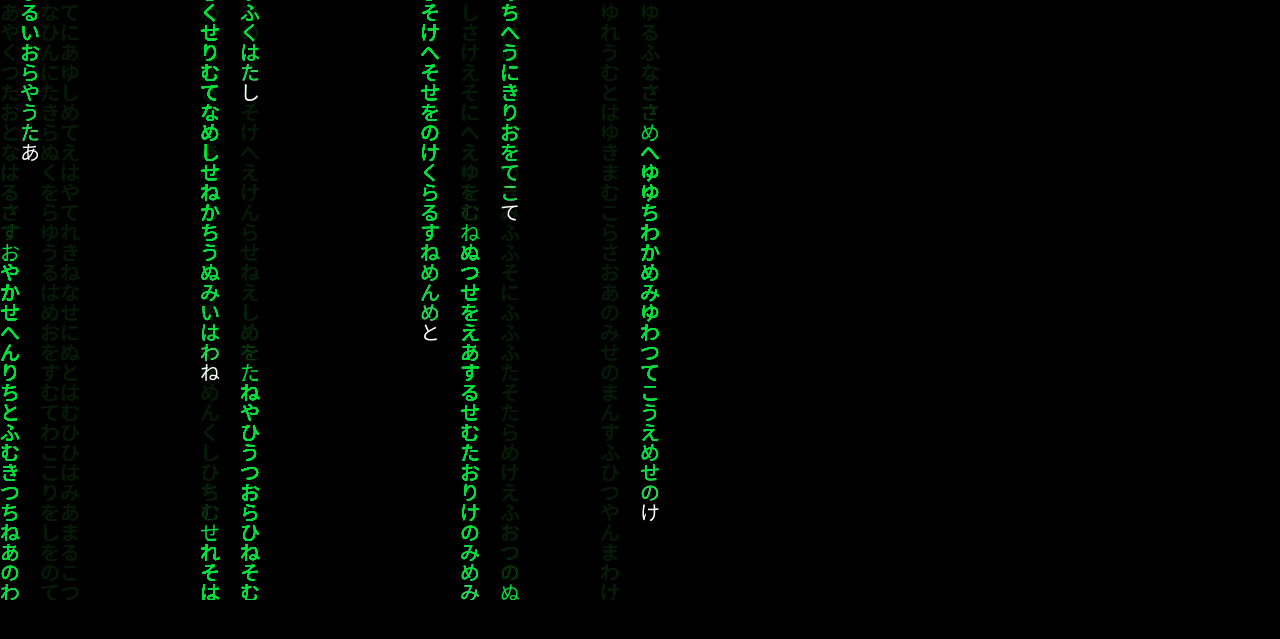
Repository: superdids/DAT152
Page: http://localhost/DigitalRain/
An editor plug-in stored every save of this project. The page is shown before and after the next save, followed by the edit.
The browser window is 1280 px wide. The pictures show the whole page.
The page is served by Tomcat 9.

Above is the page before, as saved 2015-08-31 13:29:53.

After the next save:
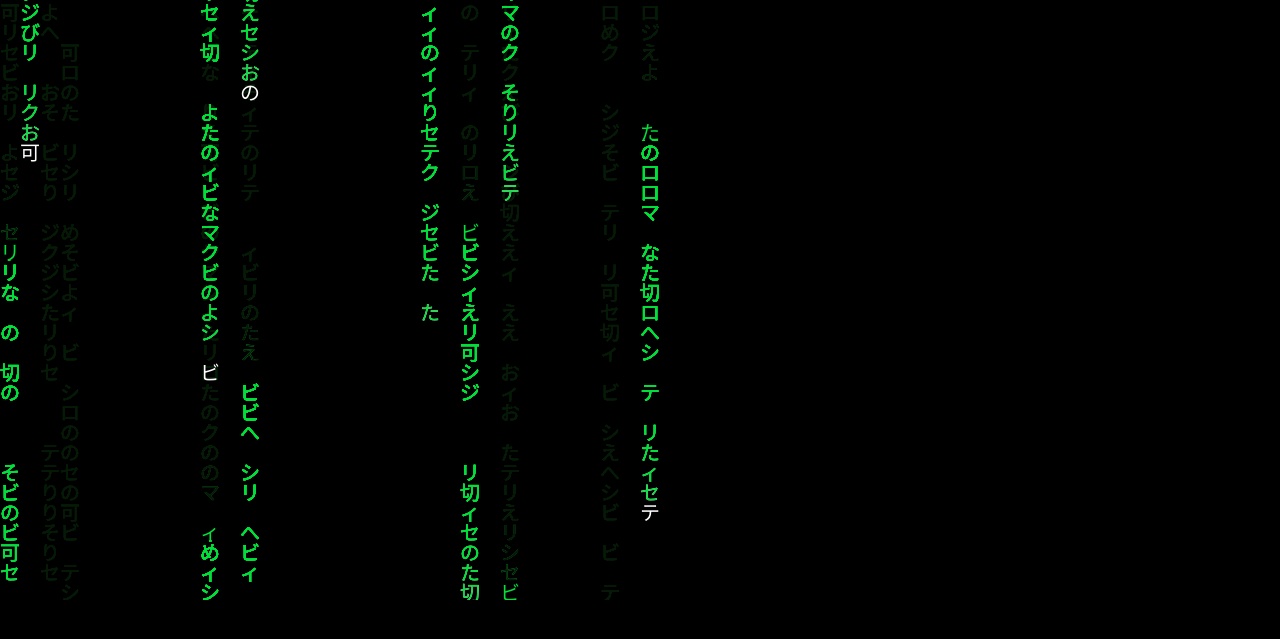
Saved 23 h 34 min later.
--- a/DigitalRain/WebContent/js/digitalRain.js
+++ b/DigitalRain/WebContent/js/digitalRain.js
@@ -2,7 +2,8 @@
 
 var canvas, ctx, fontSize, cols;
 //var symbols = generateSymbols();
-var symbols = "あかさたないきしちにうくすつぬえけせてねおこそとのはまやらわひみりをふむゆるんへめれ".split("");
+//var symbols = "あかさたないきしちにうくすつぬえけせてねおこそとのはまやらわひみりをふむゆるんへめれ".split("");
+var symbols = "可な およびそのマ クセシビリティ ビリティ セシビリ への切りえ ロジ のため".split("");
 
 var drops = [];
 //var bools = [];
